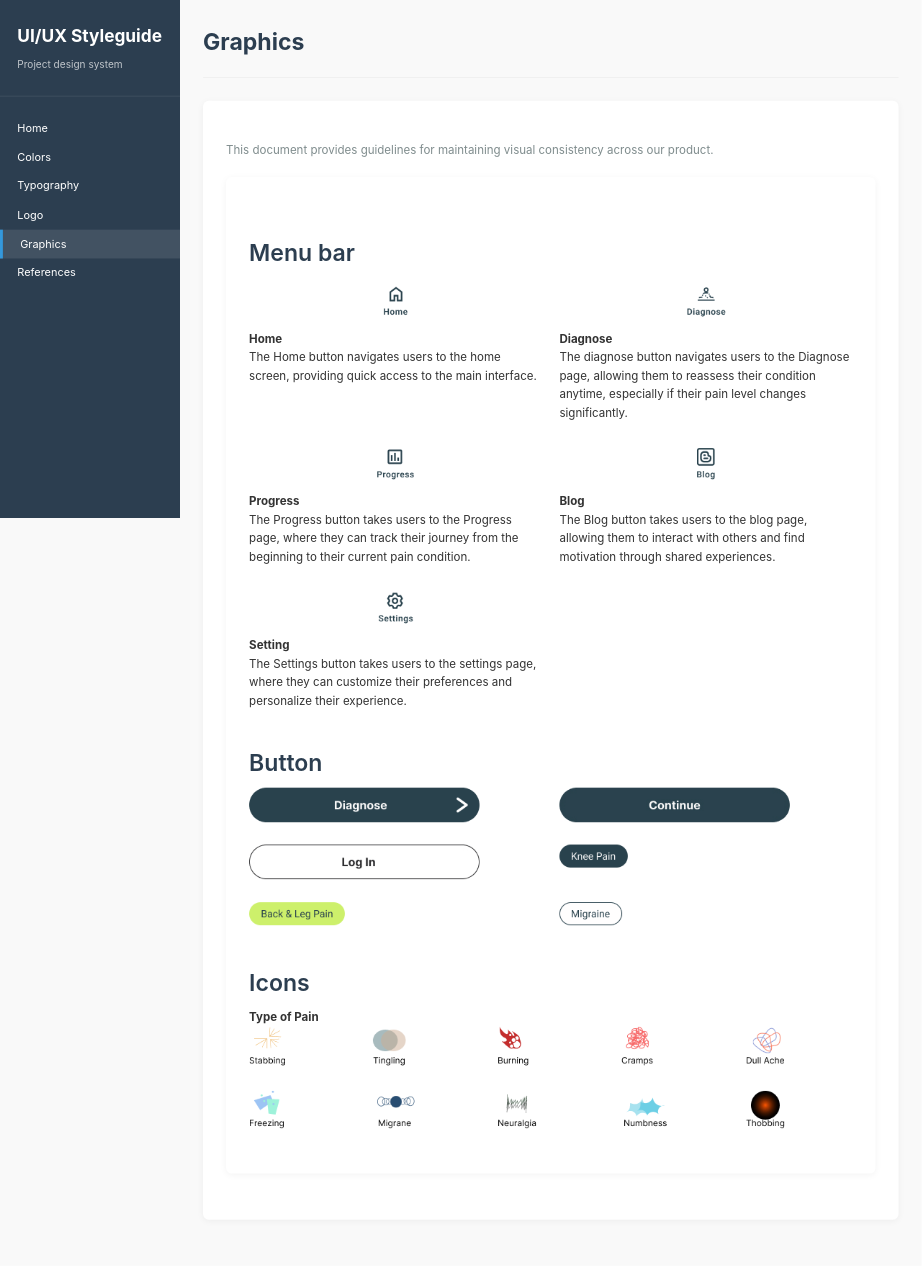
Repository: rosielee09/Heal_U
Page: graphics.html
An editor plug-in stored every save of this project. The page is shown before and after the next save, followed by the edit.
The browser window is 1280 px wide. The pictures show the whole page, at 72% of full size.

Above is the page before, as saved 2025-04-03 21:39:18.

After the next save:
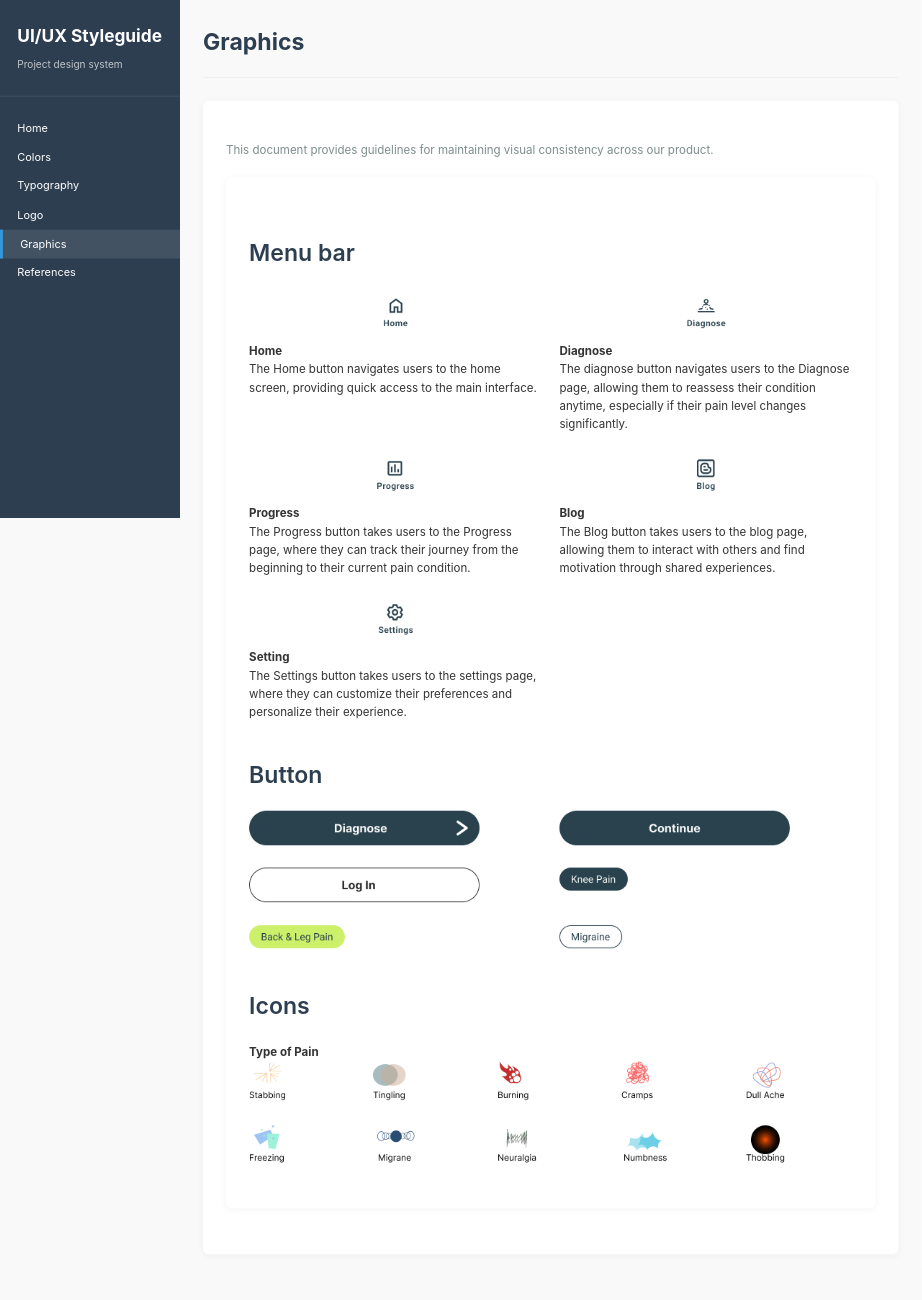
Saved 9 s later.
--- a/styles.css
+++ b/styles.css
@@ -118,7 +118,7 @@ body {
     font-size: 2rem;
     font-weight: 600;
     margin-top: 1.5rem;
-    margin-bottom: 0.5rem;
+    margin-bottom: 1.5rem;
     color: #2c3e50;
 }
 
